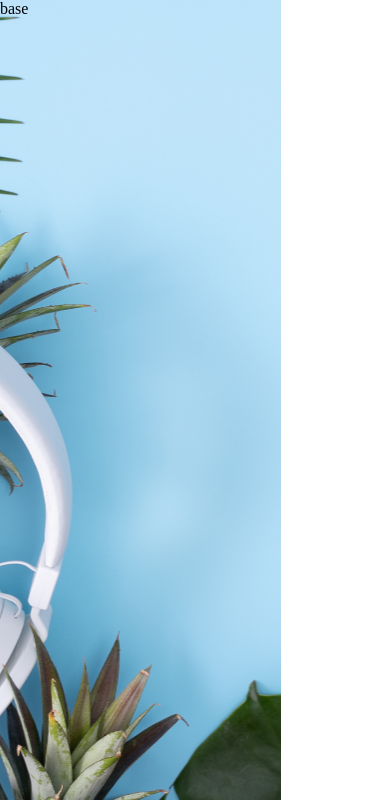
Repository: PaulsBebris/megabit-task
Page: /
These files come from the project's save history. The page is drawn as it stood at one moment and after the next save; the edit follows.
The browser window is 375 px wide. The pictures show the whole page.
The project was rebuilt for these pictures with package versions that can differ from the ones it lists, and the page was loaded fresh each time.

Above is the page before, as saved 2021-04-18 17:07:35.

After the next save:
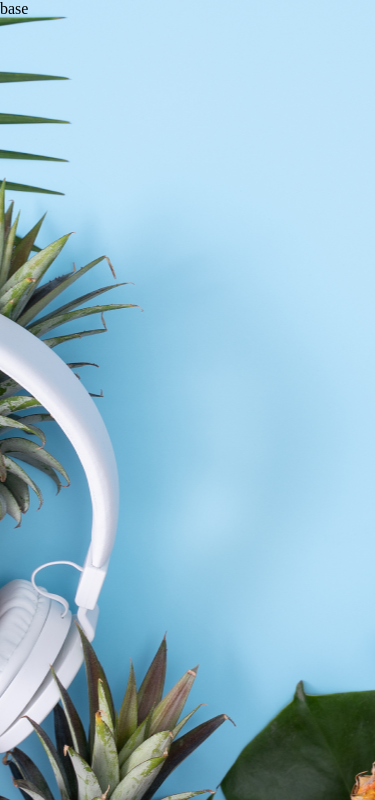
Saved 69 s later.
--- a/src/views/Home.vue
+++ b/src/views/Home.vue
@@ -32,7 +32,7 @@
   .base-image {
     display: none;
   }
-  .base {
+  .home {
     background-image: url('../assets/img/sommer.png');
     background-repeat: no-repeat;
     background-position: center;

After the save that followed:
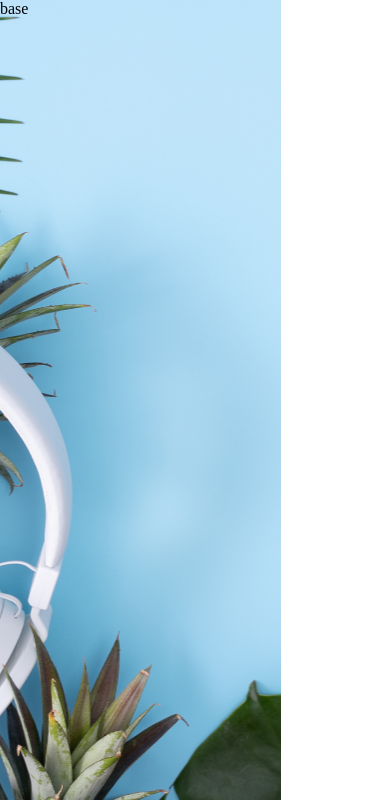
Saved 47 s later.
--- a/src/views/Home.vue
+++ b/src/views/Home.vue
@@ -32,7 +32,8 @@
   .base-image {
     display: none;
   }
-  .home {
+  .base {
+    widows: 100vw;
     background-image: url('../assets/img/sommer.png');
     background-repeat: no-repeat;
     background-position: center;
